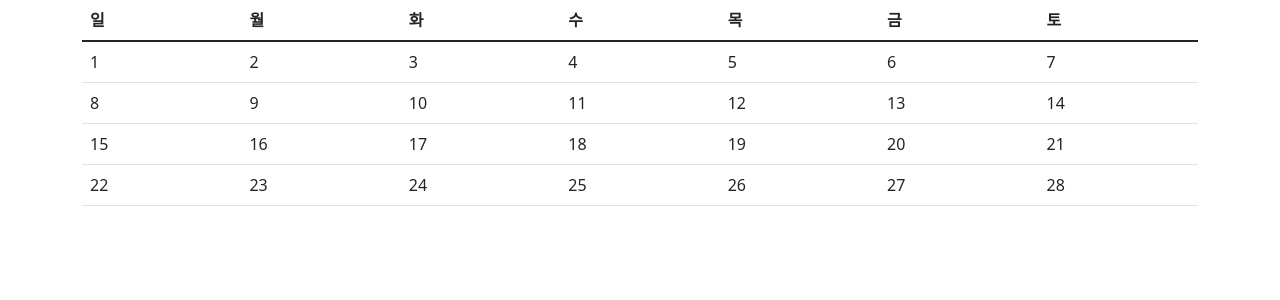
Repository: Visionary1/fullstack-dev-study
Page: http://localhost/Test/lesson02/quiz10.jsp
These files come from the project's save history. The page is drawn as it stood at one moment and after the next save; the edit follows.
The browser window is 1280 px wide. The pictures show the whole page.
The page is served by Tomcat 9.

Above is the page before, as saved 2022-02-13 15:59:53.

After the next save:
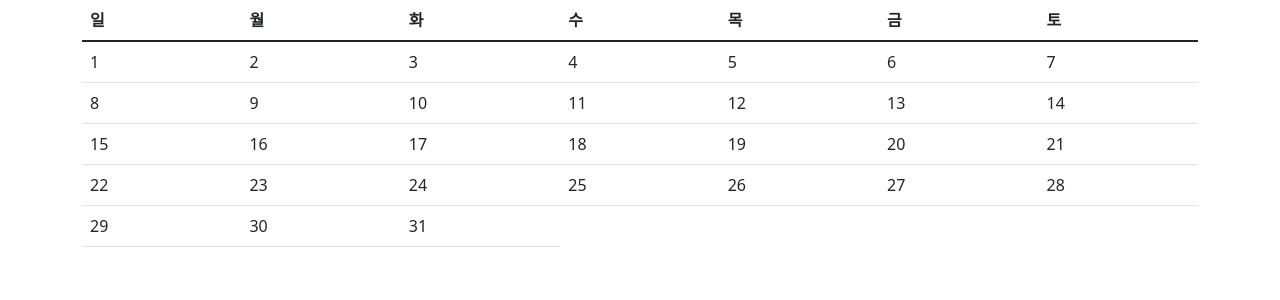
Saved 20 s later.
--- a/4_servlet/workspace/Test/src/main/webapp/lesson02/quiz10.jsp
+++ b/4_servlet/workspace/Test/src/main/webapp/lesson02/quiz10.jsp
@@ -17,6 +17,7 @@
 
 	// 날짜 1일로 수정
 	cal.set(Calendar.DATE, 1);
+	cal.set(Calendar.MONTH, 6);
 
 	Integer weekSize = cal.getActualMaximum(Calendar.WEEK_OF_MONTH);
 	Integer days = cal.getActualMaximum(Calendar.DATE);

After the 2 saves that followed:
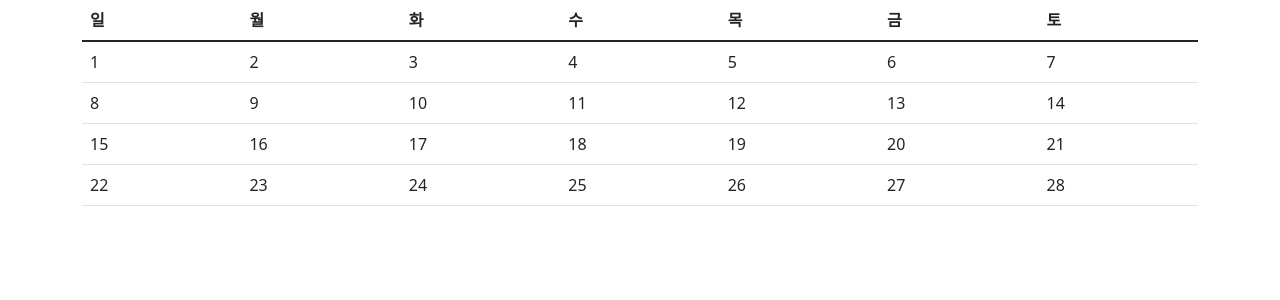
The 2 saves are shown as one change because 1 did not build or start.
The last was saved 26 s later.
--- a/4_servlet/workspace/Test/src/main/webapp/lesson02/quiz10.jsp
+++ b/4_servlet/workspace/Test/src/main/webapp/lesson02/quiz10.jsp
@@ -16,8 +16,7 @@
 	Calendar cal = Calendar.getInstance();
 
 	// 날짜 1일로 수정
-	cal.set(Calendar.DATE, 1);
-	cal.set(Calendar.MONTH, 6);
+	// cal.set(Calendar.DATE, 1);
 
 	Integer weekSize = cal.getActualMaximum(Calendar.WEEK_OF_MONTH);
 	Integer days = cal.getActualMaximum(Calendar.DATE);
